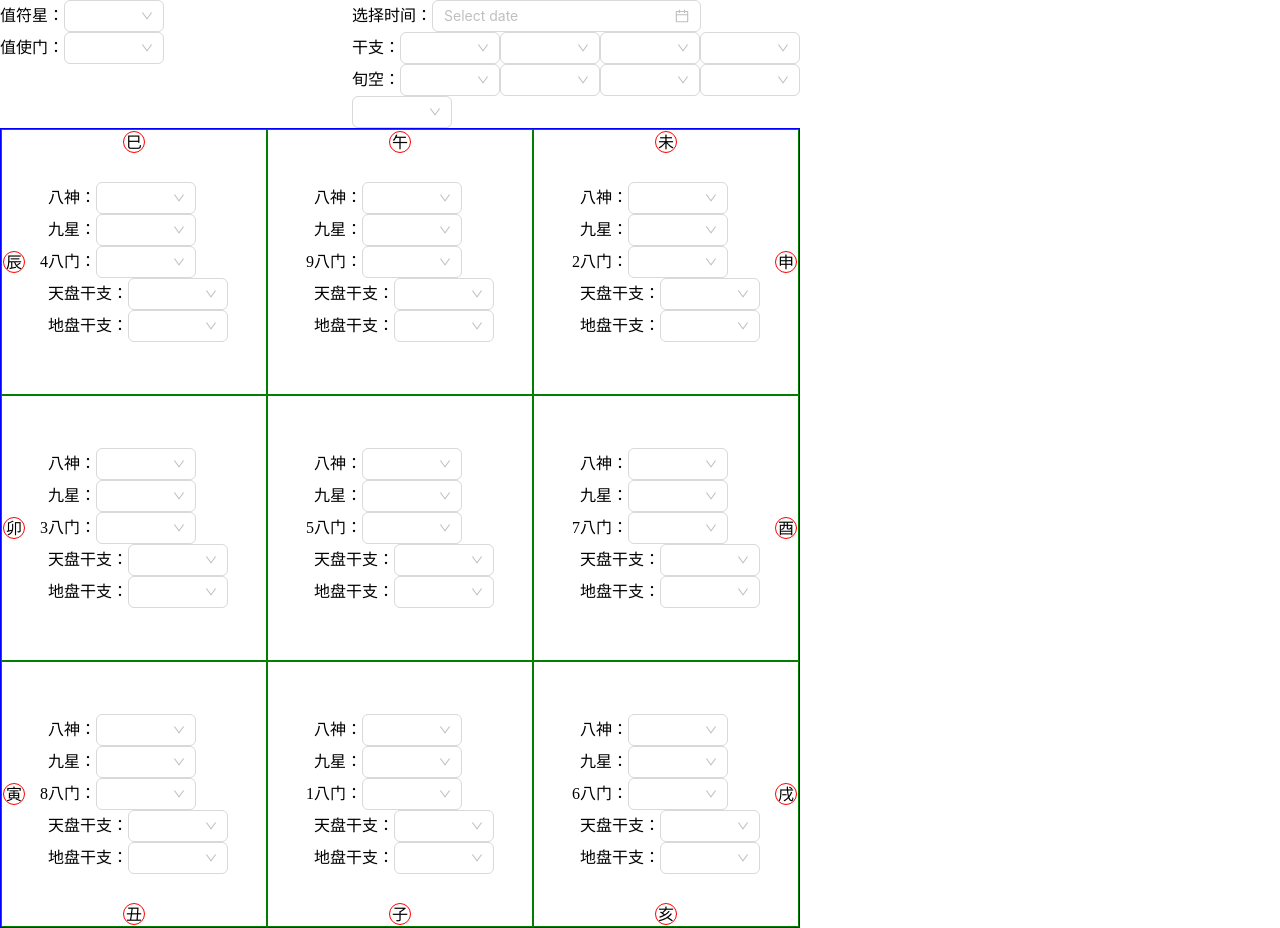
Repository: DaozhangChen/qiMen
Page: /
The author's editor kept a copy of each file at every save. The page is drawn from the files as they stood at one save, then again after the next save.
The browser window is 1280 px wide. The pictures show the whole page.
The project was rebuilt for these pictures with package versions that can differ from the ones it lists, and the page was loaded fresh each time. Also part of the build but not shown: vite.config.js.

Above is the page before, as saved 2024-04-06 16:33:30.

### src/App.jsx
import Sudoku from './compoment/Sudoku'

function App() {

  return (
    <>
      <Sudoku />
    </>
  )
}

export default App

### src/index.css
* {
  padding: 0;
  margin: 0;
  box-sizing: border-box;
}

ul,
li {
  list-style: none;
}

### src/compoment/Sudoku.jsx
import "../style/Sudoku.css"
import InfoSelect from "./InfoSelect"
import { useState } from "react"
import HeaderInfo from "./HeaderInfo"
import { useEffect } from "react"

function Sudoku() {
    const regionArr = [
        { number: 4, area: "巽", initDownStem1: "巳", initDownStem2: "辰" },
        { number: 9, area: "离", initDownStem1: "午" },
        { number: 2, area: "坤", initDownStem1: "未", initDownStem2: "申" },
        { number: 3, area: "震", initDownStem1: "卯" },
        { number: 5, area: "中" },
        { number: 7, area: "兑", initDownStem1: "酉" },
        { number: 8, area: "艮", initDownStem1: "丑", initDownStem2: "寅" },
        { number: 1, area: "坎", initDownStem1: "子" },
        { number: 6, area: "乾", initDownStem1: "亥", initDownStem2: "戌" }
    ]
    const baseHeaderInfo = {
        headerStar: null,
        headerDoor: null,
        headerTime: null,
        headerYearStem: null,
        headerMonthStem: null,
        headerDayStem: null,
        headerTimeStem: null,
        headerYearNull: null,
        headerMonthNull: null,
        headerDayNull: null,
        headerTimeNull: null,
        curPattern: null
    }
    const [detailInfo, setDetailInfo] = useState(regionArr)
    const [headerInfoObj, setHeaderInfoObj] = useState(baseHeaderInfo)
    useEffect(() => {
        console.log("11", detailInfo)
        return () => {
            console.log("22", detailInfo)
        }
    }, [detailInfo])


    return (
        <>
            <HeaderInfo setHeaderInfo={setHeaderInfoObj} />
            <div className="sudoku-grid">
                {/* 生成九宫格 */}
                {regionArr.map((value) => (
                    <div key={value.number} className="sudoku-row" data-key={value.number}>
                        {
                            value.number !== 5 ? <div className={"downStem1-" + value.number}>{value.initDownStem1}</div> : null
                        }
                        {
                            value.number % 2 === 0 ? <div className={"downStem2-" + value.number}>{value.initDownStem2}</div> : null
                        }
                        <div>{value.number}</div>
                        <ul>
                            <li className="sudoku-cell">
                                <ul>
                                    <li className="god">八神：<span><InfoSelect type="god" setDetailInfo={setDetailInfo} area={value.number} /></span></li>
                                    <li className="star">九星：<span><InfoSelect type="star" setDetailInfo={setDetailInfo} area={value.number} /></span></li>
                                    <li className="door">八门：<span><InfoSelect type="door" setDetailInfo={setDetailInfo} area={value.number} /></span></li>
                                    <li className="upStem">天盘干支：<span><InfoSelect type="upStem" setDetailInfo={setDetailInfo} area={value.number} /></span></li>
                                    <li className="downStem">地盘干支：<span><InfoSelect type="downStem" setDetailInfo={setDetailInfo} area={value.number} /></span></li>
                                </ul>
                            </li>
                        </ul>
                    </div>
                ))}
            </div>
        </>
    )
}
export default Sudoku

### src/style/Sudoku.css
.sudoku-grid {
    border: 1px solid blue;
    width: 800px;
    height: 800px;
    display: grid;
    grid-template-columns: repeat(3, 1fr);
    grid-template-rows: repeat(3, 1fr);

}

.sudoku-row {
    display: flex;
    border: 1px solid green;
    align-items: center;
    justify-content: center;
    position: relative;
}

.sudoku-cell>li {
    margin: 5px 0px;
}

div[class^="downStem"] {
    text-align: center;
    line-height: 22px;
    width: 22px;
    height: 22px;
    border: 1px solid red;
    border-radius: 50%;
}

.downStem1-4,
.downStem1-9,
.downStem1-2 {
    position: absolute;
    transform: translateY(-120px);
}

.downStem1-3,
.downStem2-4,
.downStem2-8 {
    position: absolute;
    transform: translateX(-120px);
}

.downStem1-7,
.downStem2-2,
.downStem2-6 {
    position: absolute;
    transform: translateX(120px);
}

.downStem1-1,
.downStem1-8,
.downStem1-6 {
    position: absolute;
    transform: translateY(120px);
}

### src/compoment/InfoSelect.jsx
import { Select } from "antd";
import setOption from "../toolFunction/setOption"

// eslint-disable-next-line react/prop-types
const InfoSelect = ({ type, setDetailInfo, area }) => {
    const option = setOption(type)

    const setValue = (value) => {
        //设置全局value
        if (area === "header") {
            setDetailInfo(originObj => {
                originObj[type] = value
                return { ...originObj }
            })
        } else {
            setDetailInfo(originArr => {
                const newArr = originArr.map((item) => {
                    if (item.number === area) {
                        item[type] = value
                        return item
                    } else {
                        return item
                    }
                })
                return newArr
            })
        }
    }

    return (
        <>
            <Select style={{ width: 100 }} options={option} onChange={setValue} showSearch />
        </>
    )
}

export default InfoSelect

### src/compoment/HeaderInfo.jsx
import "../style/HeaderInfo.css"
import InfoSelect from "./InfoSelect"
import { DatePicker } from 'antd';
// eslint-disable-next-line react/prop-types
const HeaderInfo = ({ setHeaderInfo }) => {

    const timeChange = (time, dateString) => {
        setHeaderInfo((value) => {
            return { ...value, headerTime: dateString }
        })
    }
    return (
        <>
            <div className="headerWrapper">
                <div>
                    <div>值符星：<span><InfoSelect type="headerStar" setDetailInfo={setHeaderInfo} area="header" /></span></div>
                    <div>值使门：<span><InfoSelect type="headerDoor" setDetailInfo={setHeaderInfo} area="header" /></span></div>
                </div>
                <div>
                    <div>选择时间：<span><DatePicker showTime onChange={timeChange} /></span></div>
                    <div>干支：
                        <span>
                            <InfoSelect type="headerYearStem" setDetailInfo={setHeaderInfo} area="header" />
                            <InfoSelect type="headerMonthStem" setDetailInfo={setHeaderInfo} area="header" />
                            <InfoSelect type="headerDayStem" setDetailInfo={setHeaderInfo} area="header" />
                            <InfoSelect type="headerTimeStem" setDetailInfo={setHeaderInfo} area="header" />
                        </span>
                    </div>
                    <div>旬空：
                        <span>
                            <InfoSelect type="headerYearNull" setDetailInfo={setHeaderInfo} area="header" />
                            <InfoSelect type="headerMonthNull" setDetailInfo={setHeaderInfo} area="header" />
                            <InfoSelect type="headerDayNull" setDetailInfo={setHeaderInfo} area="header" />
                            <InfoSelect type="headerTimeNull" setDetailInfo={setHeaderInfo} area="header" />
                        </span>
                    </div>
                    <div>
                        <span>
                            <InfoSelect type="curPattern" setDetailInfo={setHeaderInfo} area="header" />
                        </span>
                    </div>
                </div>
            </div>
        </>
    )
}

export default HeaderInfo

### src/toolFunction/setOption.js
import allStem from "./getAllSexagenaryBranches"
function setupOption(arr) {
    const option = arr.map((value) => {
        const obj = {}
        obj.label = value
        obj.value = value
        return obj
    })
    return option
}

const setOption = (type) => {
    const godArr = ["值符", "腾蛇", "太阴", "六合", "白虎", "玄武", "九地", "九天"]
    const starArr = ["天蓬星", "天任星", "天冲星", "天辅星", "天英星", "天芮星", "天柱星", "天心星", "天禽星"]
    const doorArr = ["休门", "生门", "伤门", "杜门", "景门", "死门", "惊门", "开门"]
    const stemArr = ["戊", "己", "庚", "辛", "壬", "癸", "丁", "丙", "乙"]
    const downNullStem = ["子丑", "寅卯", "辰巳", "午未", "申酉", "戌亥"]
    const pattern = [
        "阳遁一局", "阳遁二局", "阳遁三局", "阳遁四局", "阳遁五局", "阳遁六局", "阳遁七局", "阳遁八局", "阳遁九局",
        "阴遁一局", "阴遁二局", "阴遁三局", "阴遁四局", "阴遁五局", "阴遁六局", "阴遁七局", "阴遁八局", "阴遁九局"
    ]
    const resultMap = {
        "god": setupOption(godArr),
        "star": setupOption(starArr),
        "door": setupOption(doorArr),
        "upStem": setupOption(stemArr),
        "downStem": setupOption(stemArr),
        "headerStar": setupOption(starArr),
        "headerDoor": setupOption(doorArr),
        "headerYearStem": setupOption(allStem),
        "headerMonthStem": setupOption(allStem),
        "headerDayStem": setupOption(allStem),
        "headerTimeStem": setupOption(allStem),
        "headerYearNull": setupOption(downNullStem),
        "headerMonthNull": setupOption(downNullStem),
        "headerDayNull": setupOption(downNullStem),
        "headerTimeNull": setupOption(downNullStem),
        "curPattern": setupOption(pattern)
    }
    return resultMap[type]
}

export default setOption

### src/style/HeaderInfo.css
.headerWrapper {
    display: flex;
    flex-direction: row;
    width: 800px;
    justify-content: space-between;
}

### src/toolFunction/getAllSexagenaryBranches.js
function getAllSexagenaryBranches() {
    const allUpStem = ["甲", "乙", "丙", "丁", "戊", "己", "庚", "辛", "壬", "癸"]
    const allDownStem = ["子", "丑", "寅", "卯", "辰", "巳", "午", "未", "申", "酉", "戌", "亥"]
    const finalItems = []
    let upIndex = 0
    let downIndex = 0
    for (let i = 0; i < 60; i++) {
        finalItems.push(allUpStem[upIndex] + allDownStem[downIndex])
        upIndex === 9 ? upIndex = 0 : upIndex++
        downIndex === 11 ? downIndex = 0 : downIndex++
    }
    return finalItems
}
const allStem = getAllSexagenaryBranches()


export default allStem

Loaded but not shown: index.html (common file); src/main.jsx (common file)

After the next save:
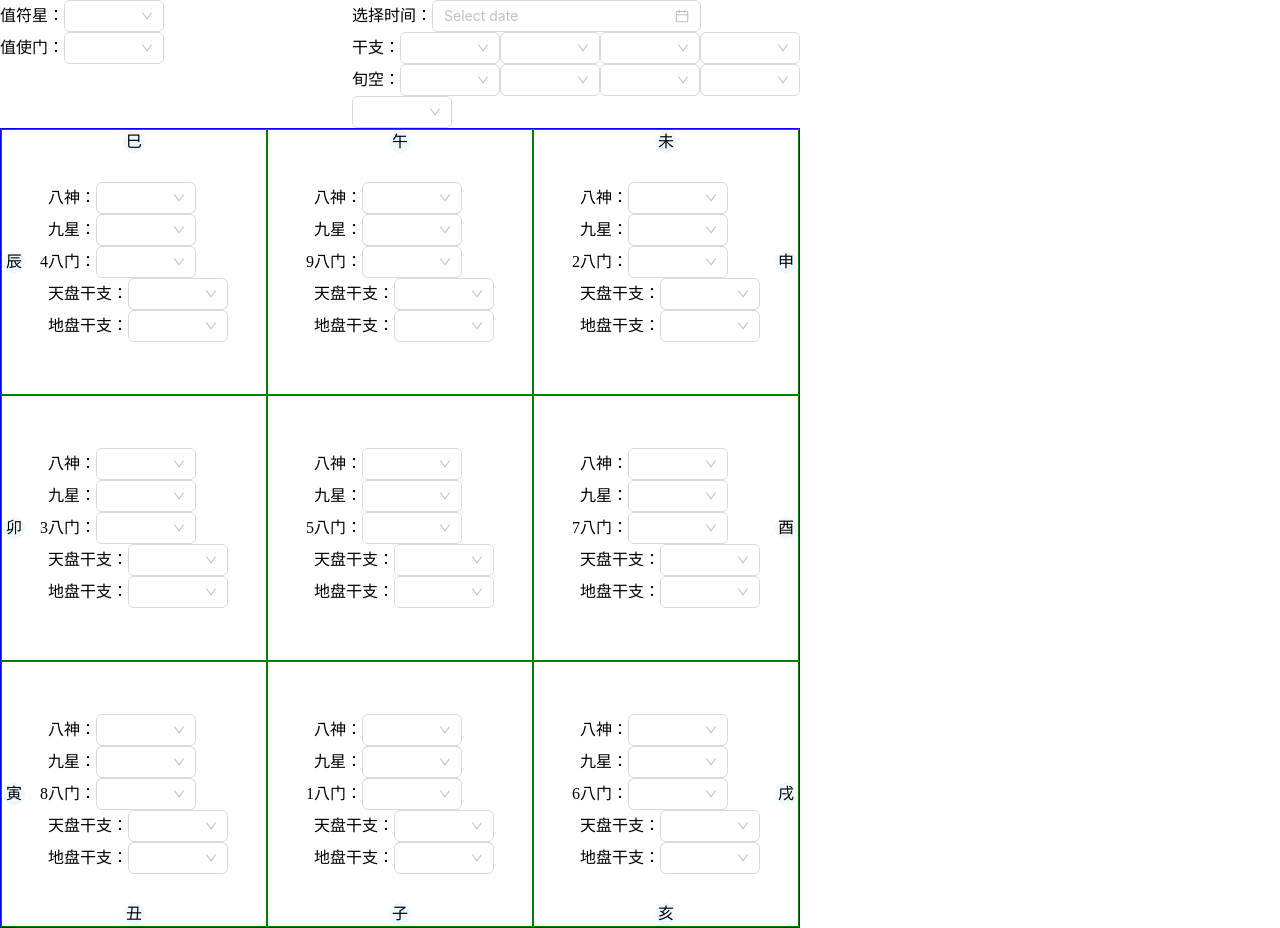
Saved 32 s later.
--- a/src/style/Sudoku.css
+++ b/src/style/Sudoku.css
@@ -25,7 +25,7 @@ div[class^="downStem"] {
     line-height: 22px;
     width: 22px;
     height: 22px;
-    border: 1px solid red;
+    background-color: aliceblue;
     border-radius: 50%;
 }
 
